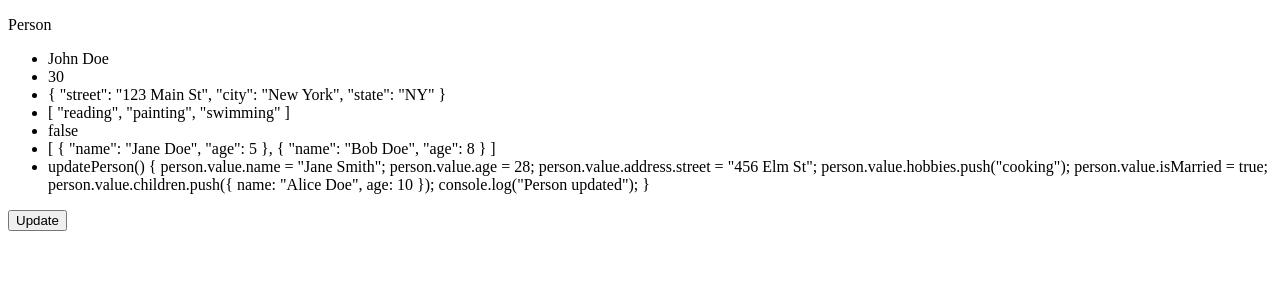
Repository: Aqui05/todo-vue
Page: /
The author's editor kept a copy of each file at every save. The page is drawn from the files as they stood at one save, then again after the next save.
The browser window is 1280 px wide. The pictures show the whole page.
The project was rebuilt for these pictures with package versions that can differ from the ones it lists, and the page was loaded fresh each time. Also part of the build but not shown: vue.config.js.

Above is the page before, as saved 2024-10-31 17:08:33.

After the next save:
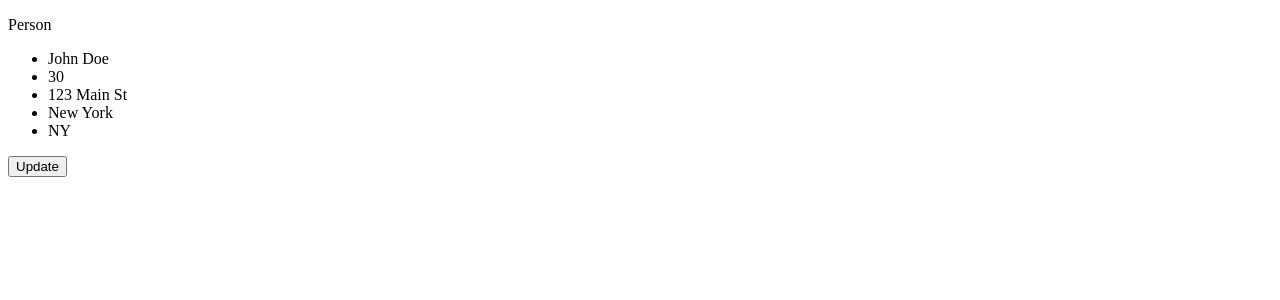
Saved 3 min 2 s later.
--- a/src/App.vue
+++ b/src/App.vue
@@ -1,9 +1,11 @@
 <template>
   <p>Person</p>
   <ul>
-    <li v-for="(item, index) in person" :key="index">
-      {{ item }}
-    </li>
+    <li>{{ person.name }}</li>
+    <li>{{ person.age }}</li>
+    <li>{{ person.address.street }}</li>
+    <li>{{ person.address.city }}</li>
+    <li>{{ person.address.state }}</li>
   </ul>
   <button @click="updatePerson">Update</button>
 </template>
